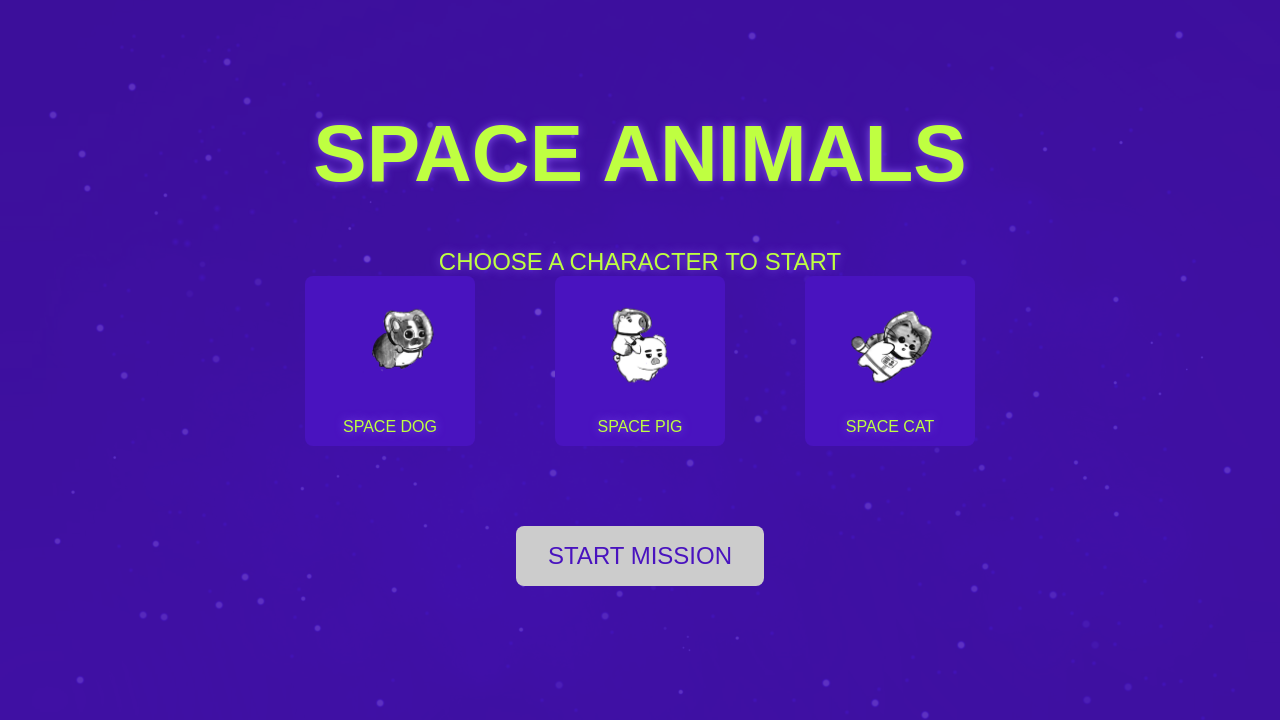
Repository: brunaguarizo/SpaceFarm
Page: index.html
The author's editor kept a copy of each file at every save. The page is drawn from the files as they stood at one save, then again after the next save.
The browser window is 1280 px wide. The pictures show the whole page.
Some web fonts or font styles are not loaded; a fallback is used.

Above is the page before, as saved 2025-04-24 15:40:55.

### index.html
<!DOCTYPE html>
<html lang="en">
    <head>
        <meta charset="UTF-8" />
        <meta
            name="viewport"
            content="width=device-width, initial-scale=1.0" />
        <title>Space Adventure</title>
        <link
            rel="stylesheet"
            href="styles.css" />

        <link
            rel="preconnect"
            href="https://fonts.googleapis.com" />
        <link
            rel="preconnect"
            href="https://fonts.gstatic.com"
            crossorigin />
        <link
            href="https://fonts.googleapis.com/css2?family=Ranchers&display=swap"
            rel="stylesheet" />
    </head>
    <body>
        <div id="game-container">
            <!-- Character Selection Screen -->
            <div id="character-select">
                <h1> SPACE ANIMALS</h1>
                <div class="text"> CHOOSE A CHARACTER TO START<div/>
                <div class="character-options">
                    <div
                        class="character-option"
                        data-character="astronaut">
                        <div class="character-img">
                            <img
                                src="img/dog.png"
                                alt="Space Dog" />
                        </div>
                        <div class="character-label">SPACE DOG</div>
                    </div>
                    <div
                        class="character-option"
                        data-character="alien">
                        <div class="character-img">
                            <img
                                src="img/pig.png"
                                alt="Space Pig" />
                        </div>
                        <div class="character-label">SPACE PIG</div>
                    </div>
                    <div
                        class="character-option"
                        data-character="robot">
                        <div class="character-img">
                            <img
                                src="img/cat.png"
                                alt="Space Cat" />
                        </div>
                        <div class="character-label">SPACE CAT</div>
                    </div>
                </div>
                <button
                    id="confirm-btn"
                    disabled>
                    Start Mission
                </button>
            </div>

            <!-- Game Screen -->
            <div id="game-screen">
                <div id="player"></div>
                <div id="score-container">
                    <div id="score">Score: 0</div>
                    <button id="pause-btn">Pause</button>
                </div>
            </div>

            <!-- Pause Screen -->
            <div id="pause-screen">
                <h2>Game Paused</h2>
                <button id="resume-btn">Resume</button>
            </div>

            <!-- Game Over Screen -->
            <div id="game-over">
                <h2>Game Over</h2>
                <div id="final-score">Score: 0</div>
                <button id="restart-btn">Play Again</button>
            </div>
        </div>

        <script src="script.js"></script>
    </body>
</html>

### styles.css
body {
    margin: 0;
    padding: 0;
    overflow: hidden;
    font-family: var(--font-family);
    background-color: var(--mid-green);
}

#game-container {
    position: relative;
    width: 100vw;
    height: 100vh;
    background-image: url("img/space-bg.jpg");
    background-size: cover;
    overflow: hidden;
    justify-content: center;
}

/* ------------------------- Character Selection Screen ------------------------- */
#character-select {
    position: absolute;
    width: 100%;
    height: 100%;
    display: flex;
    flex-direction: column;
    justify-content: center;
    align-items: center;
    z-index: 10;
    background-color: rgba(
        73,
        19,
        191,
        0.8
    ); /* Using dark-purple with opacity */
}

#character-select h1 {
    color: var(--light-green);
    font-size: var(--header);
    margin-bottom: var(--space-large);
    text-shadow: 0 0 10px var(--mid-purple);
    text-align: center;
    text-transform: uppercase;
}

.text {
    color: var(--light-green);
    font-size: var(--text);
    margin-bottom: var(--space-extra-large);
    text-shadow: 0 0 10px var(--mid-purple);
    text-align: center;
}

.character-options {
    display: flex;
    gap: var(--space-extra-large);
    margin-bottom: var(--space-extra-large);
}

.character-option {
    width: 150px;
    height: 150px;
    background-color: var(--dark-purple);
    border-radius: var(--space-small);
    display: flex;
    flex-direction: column;
    align-items: center;
    justify-content: center;
    cursor: pointer;
    transition: transform 0.3s, box-shadow 0.3s;
    padding: var(--space-small);
    border: 2px solid transparent;
    gap: var(--space-small);
}

.character-option:hover {
    transform: scale(1.05);
    box-shadow: 0 0 15px var(--light-purple);
}

.character-option.selected {
    border-color: var(--light-green);
    box-shadow: 0 0 20px var(--light-green);
}

.character-img {
    width: 100%;
    height: 100%;
    display: block;
}

.character-img img {
    width: 100%;
    height: 100%;
    object-fit: contain;
}

.character-label {
    color: var(--light-green);
    font-size: 16px;
    text-align: center;
    text-transform: uppercase;
}

#confirm-btn {
    padding: var(--space-regular) var(--space-medium);
    background-color: var(--light-green);
    color: var(--dark-purple);
    border: none;
    border-radius: var(--space-small);
    font-size: var(--text);
    font-family: var(--font-family);
    cursor: pointer;
    transition: background-color 0.3s;
    text-transform: uppercase;
}

#confirm-btn:hover {
    background-color: var(--mid-green);
}

#confirm-btn:disabled {
    background-color: #cccccc;
    cursor: not-allowed;
}

/* ------------------------- Game Screen -------------------------*/
#game-screen {
    display: none;
    position: absolute;
    width: 100%;
    height: 100%;
    z-index: 5;
}

#player {
    position: absolute;
    width: var(--space-large);
    height: var(--space-large);
    left: var(--space-extra-large);
    top: 50%;
    transform: translateY(-50%);
    line-height: 1;
    z-index: 5;
}

#player img {
    width: 100%;
    height: 100%;
    object-fit: contain;
}

.asteroid {
    position: absolute;
    width: var(--space-medium);
    height: var(--space-medium);
    border-radius: 50%;
    overflow: hidden;
    box-shadow: 0 0 15px var(--light-purple);
}

.asteroid img {
    width: 100%;
    height: 100%;
    object-fit: cover;
}

#score-container {
    position: absolute;
    top: var(--space-regular);
    right: var(--space-regular);
    display: flex;
    align-items: center;
    gap: var(--space-regular);
    z-index: 5;
}

#score {
    color: var(--light-green);
    font-size: var(--text);
    font-weight: bold;
    background-color: var(--dark-purple);
    padding: var(--space-small) var(--space-regular);
    border-radius: var(--space-small);
    border: 2px solid var(--light-green);
    text-transform: uppercase;
}

#pause-btn {
    background-color: var(--dark-purple);
    color: var(--light-green);
    border: 2px solid var(--light-green);
    border-radius: var(--space-small);
    font-size: var(--text);
    font-family: var(--font-family);
    padding: var(--space-small) var(--space-regular);
    cursor: pointer;
    transition: all 0.3s;
    text-transform: uppercase;
}

#pause-btn:hover {
    background-color: var(--mid-purple);
    box-shadow: 0 0 10px var(--light-purple);
}

/* ------------------------- Game Over Screen ------------------------- */
#game-over {
    display: none;
    position: absolute;
    top: 0;
    left: 0;
    width: 100%;
    height: 100%;
    background-color: rgba(
        73,
        19,
        191,
        0.8
    ); /* Using dark-purple with opacity */
    z-index: 15;
    flex-direction: column;
    justify-content: center;
    align-items: center;
}

#game-over h2 {
    color: var(--light-pink);
    font-size: var(--header);
    margin-bottom: var(--space-regular);
    text-shadow: 0 0 10px var(--mid-pink);
}

#final-score {
    color: var(--light-green);
    font-size: var(--text);
    margin-bottom: var(--space-extra-large);
}

#restart-btn {
    padding: var(--space-regular) var(--space-medium);
    background-color: var(--light-green);
    color: var(--dark-purple);
    border: none;
    border-radius: var(--space-small);
    font-size: var(--text);
    font-family: var(--font-family);
    cursor: pointer;
    transition: background-color 0.3s;
}

#restart-btn:hover {
    background-color: var(--mid-green);
}

/* Utility Classes */
.invisible {
    opacity: 0;
}

/* Pause Screen */
#pause-screen {
    display: none;
    position: absolute;
    top: 0;
    left: 0;
    width: 100%;
    height: 100%;
    background-color: rgba(
        73,
        19,
        191,
        0.8
    ); /* Using dark-purple with opacity */
    z-index: 12;
    flex-direction: column;
    justify-content: center;
    align-items: center;
    color: var(--light-green);
}

#pause-screen h2 {
    font-size: var(--header);
    margin-bottom: var(--space-extra-large);
}

#resume-btn {
    padding: var(--space-regular) var(--space-medium);
    background-color: var(--light-green);
    color: var(--dark-purple);
    border: none;
    border-radius: var(--space-small);
    font-size: var(--text);
    font-family: var(--font-family);
    cursor: pointer;
    transition: background-color 0.3s;
}

#resume-btn:hover {
    background-color: var(--mid-green);
}

/* --------------------------- variables  --------------------------- */
:root {
    --font-family: "Ranchers", sans-serif;
    --header: 80px;
    --text: 24px;

    --light-green: #bfff41;
    --mid-green: #a3de1a;
    --dark-green: #46b800;
    --light-pink: #ffc2ec;
    --mid-pink: #f0429c;
    --dark-pink: #910b64;
    --light-purple: #dcccff;
    --mid-purple: #8655ef;
    --dark-purple: #4913bf;

    --space-extra-small: 4px;
    --space-small: 8px;
    --space-regular: 16px;
    --space-medium: 32px;
    --space-large: 48px;
    --space-extra-large: 80px;
    --space-huge: 160px;
}

### script.js
// Game variables
let selectedCharacter = "";
let score = 0;
let playerElement;
let gameRunning = false;
let isPaused = false;
let playerY;
let asteroids = [];
let gameLoopInterval;
let asteroidInterval;
let gameHeight;
let gameWidth;

// Character image mapping - using the exact filenames from the img folder
const characterImages = {
    astronaut: "img/dog.png",
    alien: "img/pig.png",
    robot: "img/cat.png",
};

// Planet image options - using the exact filenames from the img folder
const planetImages = [
    "img/planet1.png",
    "img/planet2.png",
    "img/planet3.png",
    "img/planet4.png",
    "img/planet5.png",
    "img/planet6.png",
];

// DOM elements
const characterOptions = document.querySelectorAll(".character-option");
const confirmBtn = document.getElementById("confirm-btn");
const characterSelectScreen = document.getElementById("character-select");
const gameScreen = document.getElementById("game-screen");
const pauseBtn = document.getElementById("pause-btn");
const pauseScreen = document.getElementById("pause-screen");
const resumeBtn = document.getElementById("resume-btn");
const gameOverScreen = document.getElementById("game-over");
const finalScoreDisplay = document.getElementById("final-score");
const restartBtn = document.getElementById("restart-btn");
const scoreDisplay = document.getElementById("score");

// Initialize the game
function init() {
    console.log("Game initializing...");

    // Character selection event listeners
    characterOptions.forEach((option) => {
        option.addEventListener("click", () => {
            console.log("Character option clicked:", option.dataset.character);
            // Remove selected class from all options
            characterOptions.forEach((opt) => opt.classList.remove("selected"));
            // Add selected class to clicked option
            option.classList.add("selected");
            // Store selected character
            selectedCharacter = option.dataset.character;
            // Enable confirm button
            confirmBtn.disabled = false;
        });
    });

    // Confirm button event listener
    confirmBtn.addEventListener("click", startGame);

    // Pause button event listener
    pauseBtn.addEventListener("click", togglePause);

    // Resume button event listener
    resumeBtn.addEventListener("click", togglePause);

    // Restart button event listener
    restartBtn.addEventListener("click", restartGame);

    // Keyboard event listeners
    document.addEventListener("keydown", handleKeyPress);

    console.log("Game initialized successfully");
}

// Start the game
function startGame() {
    console.log("Starting game with character:", selectedCharacter);

    // Hide character selection screen
    characterSelectScreen.style.display = "none";
    // Show game screen
    gameScreen.style.display = "block";

    // Set up player
    playerElement = document.getElementById("player");
    const playerImagePath = characterImages[selectedCharacter];
    console.log("Loading player image:", playerImagePath);

    // Create image element with error handling
    const playerImg = document.createElement("img");
    playerImg.src = playerImagePath;
    playerImg.alt = "Player";
    playerImg.onerror = function () {
        console.error("Error loading player image:", playerImagePath);
        // Fallback to text if image fails to load
        playerElement.innerHTML = "Player";
    };
    playerElement.innerHTML = "";
    playerElement.appendChild(playerImg);

    // Initialize variables
    gameHeight = window.innerHeight;
    gameWidth = window.innerWidth;
    score = 0;
    updateScore();
    playerY = gameHeight / 2;
    gameRunning = true;
    isPaused = false;
    asteroids = [];

    // Position player
    updatePlayerPosition();

    // Start game loop
    gameLoopInterval = setInterval(gameLoop, 16); // ~60fps

    // Start spawning planets
    spawnPlanet(); // Spawn first planet immediately
    asteroidInterval = setInterval(spawnPlanet, 1500); // Then every 1.5 seconds

    console.log("Game started successfully");
}

// Game loop
function gameLoop() {
    if (!gameRunning || isPaused) return;

    // Move planets
    movePlanets();

    // Check collisions
    checkCollisions();
}

// Handle keyboard input
function handleKeyPress(e) {
    if (!gameRunning || isPaused) return;

    const moveDistance = 20;

    if (e.key === "ArrowUp" || e.key === "w") {
        // Move up
        playerY = Math.max(50, playerY - moveDistance);
        updatePlayerPosition();
    } else if (e.key === "ArrowDown" || e.key === "s") {
        // Move down
        playerY = Math.min(gameHeight - 50, playerY + moveDistance);
        updatePlayerPosition();
    }
}

// Update player position on screen
function updatePlayerPosition() {
    playerElement.style.top = `${playerY}px`;
}

// Spawn a new planet
function spawnPlanet() {
    if (!gameRunning || isPaused) return;

    // Create planet element
    const planet = document.createElement("div");
    planet.classList.add("asteroid"); // Keep the same class for styling

    // Set random planet type
    const planetType =
        planetImages[Math.floor(Math.random() * planetImages.length)];
    console.log("Loading planet image:", planetType);

    // Create image element with error handling
    const planetImg = document.createElement("img");
    planetImg.src = planetType;
    planetImg.alt = "Planet";
    planetImg.onerror = function () {
        console.error("Error loading planet image:", planetType);
        // Fallback to text if image fails to load
        planet.innerHTML = "Planet";
    };
    planet.appendChild(planetImg);

    // Set random position (y-axis)
    const planetY = Math.random() * (gameHeight - 100) + 50;

    // Set planet properties
    planet.style.left = `${gameWidth}px`;
    planet.style.top = `${planetY}px`;

    // Add to game screen
    gameScreen.appendChild(planet);

    // Add to asteroids array (keep the same array for simplicity)
    asteroids.push({
        element: planet,
        x: gameWidth,
        y: planetY,
        speed: Math.random() * 2 + 3, // Random speed between 3-5
        passed: false,
    });
}

// Move all planets
function movePlanets() {
    for (let i = asteroids.length - 1; i >= 0; i--) {
        const planet = asteroids[i];

        // Move planet
        planet.x -= planet.speed;
        planet.element.style.left = `${planet.x}px`;

        // Check if planet passed the player
        if (!planet.passed && planet.x < 100) {
            planet.passed = true;
            score += 10;
            updateScore();
        }

        // Remove planet if it's off-screen
        if (planet.x < -50) {
            gameScreen.removeChild(planet.element);
            asteroids.splice(i, 1);
        }
    }
}

// Check for collisions
function checkCollisions() {
    const playerRect = {
        x: 100,
        y: playerY - 30,
        width: 60,
        height: 60,
    };

    for (const planet of asteroids) {
        const planetRect = {
            x: planet.x,
            y: planet.y - 15,
            width: 30,
            height: 30,
        };

        // Check if player and planet rectangles intersect
        if (
            playerRect.x < planetRect.x + planetRect.width &&
            playerRect.x + playerRect.width > planetRect.x &&
            playerRect.y < planetRect.y + planetRect.height &&
            playerRect.y + playerRect.height > planetRect.y
        ) {
            // Collision detected
            gameOver();
            return;
        }
    }
}

// Update score display
function updateScore() {
    scoreDisplay.textContent = `Score: ${score}`;
}

// Toggle pause state
function togglePause() {
    isPaused = !isPaused;

    if (isPaused) {
        pauseScreen.style.display = "flex";
    } else {
        pauseScreen.style.display = "none";
    }
}

// Game over
function gameOver() {
    gameRunning = false;

    // Clear intervals
    clearInterval(gameLoopInterval);
    clearInterval(asteroidInterval);

    // Remove all planets
    asteroids.forEach((planet) => {
        gameScreen.removeChild(planet.element);
    });
    asteroids = [];

    // Update final score
    finalScoreDisplay.textContent = `Final Score: ${score}`;

    // Show game over screen
    gameOverScreen.style.display = "flex";
}

// Restart game
function restartGame() {
    // Clear planets
    asteroids.forEach((planet) => {
        if (planet.element.parentNode) {
            planet.element.parentNode.removeChild(planet.element);
        }
    });

    // Hide game over screen
    gameOverScreen.style.display = "none";

    // Go back to character selection
    gameScreen.style.display = "none";
    characterSelectScreen.style.display = "flex";

    // Reset character selection
    characterOptions.forEach((opt) => opt.classList.remove("selected"));
    confirmBtn.disabled = true;
    selectedCharacter = "";
}

// Initialize the game when the page loads
window.addEventListener("load", init);

After the next save:
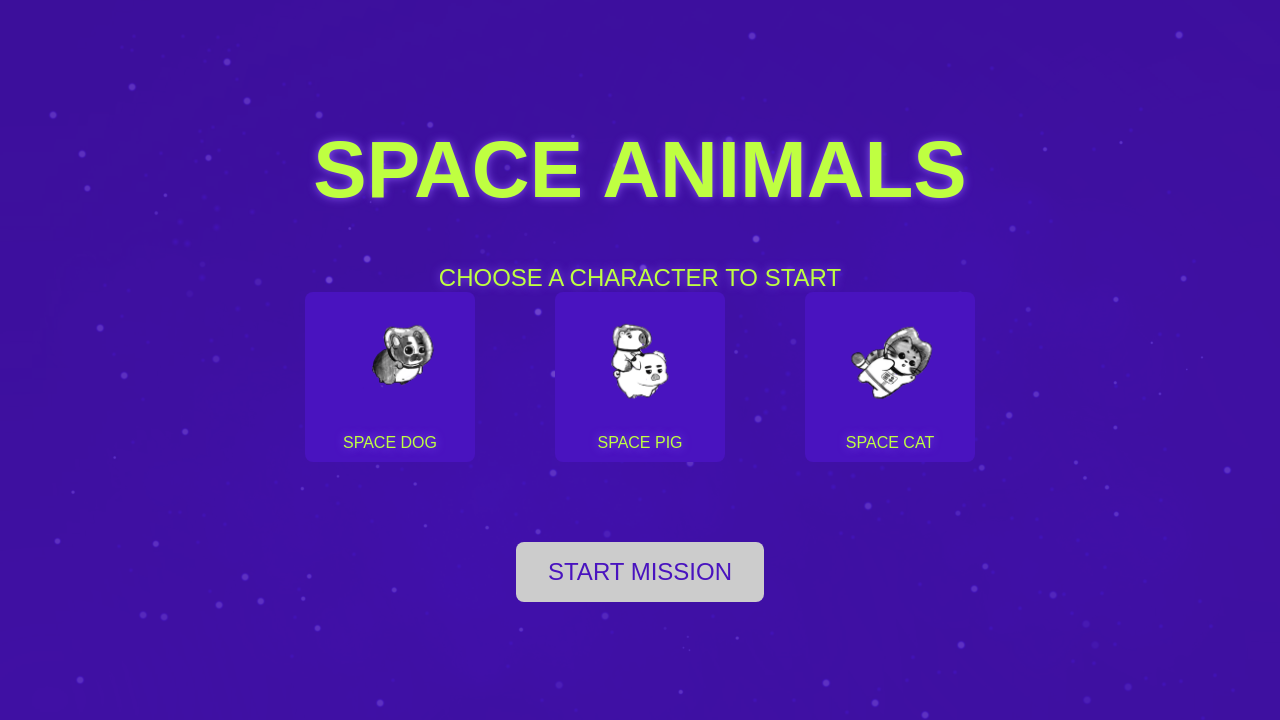
Saved 32 s later.
--- a/styles.css
+++ b/styles.css
@@ -49,6 +49,7 @@
     margin-bottom: var(--space-extra-large);
     text-shadow: 0 0 10px var(--mid-purple);
     text-align: center;
+    margin-bottom: var(--space-large);
 }
 
 .character-options {

After the 2 saves that followed:
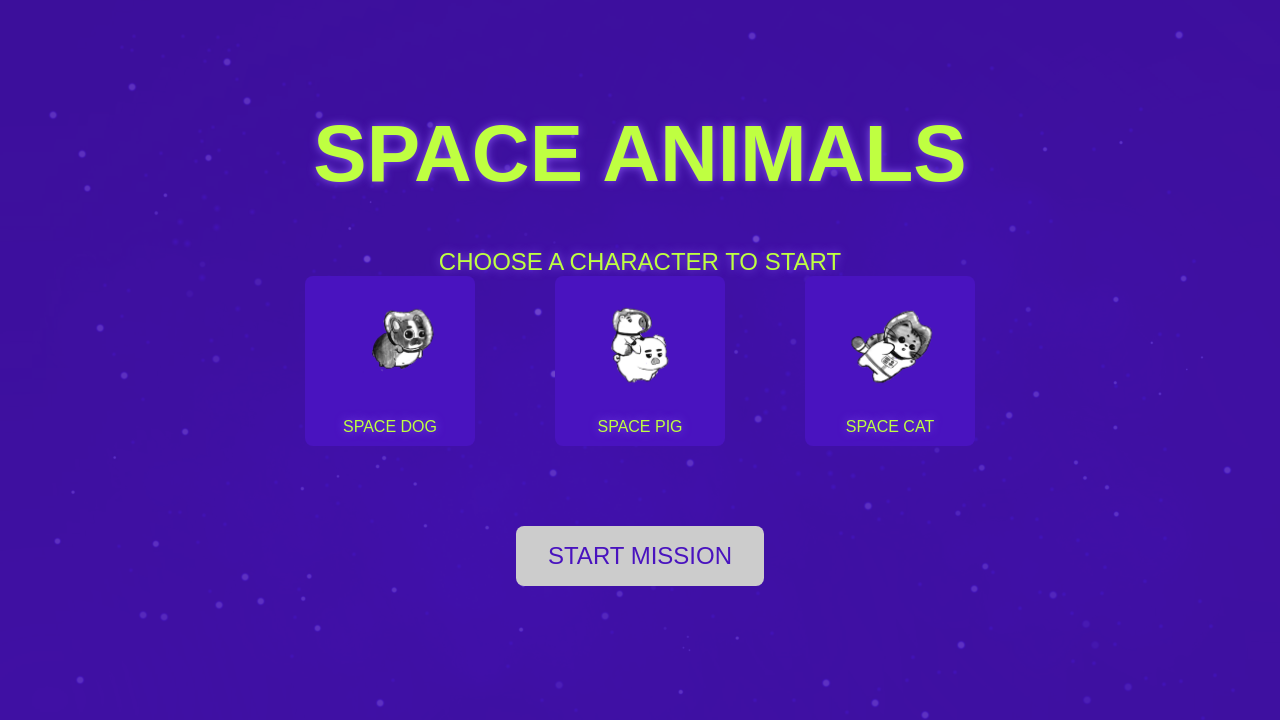
The 2 saves are shown as one change because 1 left the picture as it was.
The last was saved 26 s later.
--- a/styles.css
+++ b/styles.css
@@ -40,7 +40,6 @@
     margin-bottom: var(--space-large);
     text-shadow: 0 0 10px var(--mid-purple);
     text-align: center;
-    text-transform: uppercase;
 }
 
 .text {
@@ -49,7 +48,7 @@
     margin-bottom: var(--space-extra-large);
     text-shadow: 0 0 10px var(--mid-purple);
     text-align: center;
-    margin-bottom: var(--space-large);
+    margin-bottom: var(--space-extra-large);
 }
 
 .character-options {
